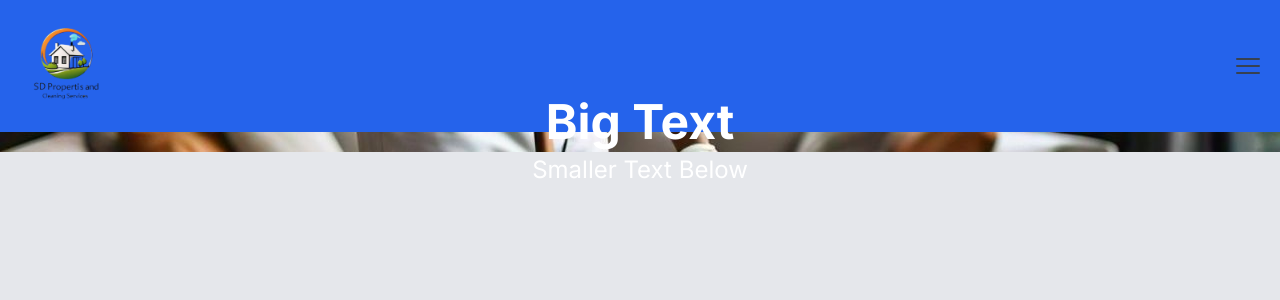
Repository: devmskhan/sdpropandclean
Page: /
An editor plug-in stored every save of this project. The page is shown before and after the next save, followed by the edit.
The browser window is 1280 px wide. The pictures show the whole page.
The project was rebuilt for these pictures with package versions that can differ from the ones it lists, and the page was loaded fresh each time. The framework's server and built-in components were replaced by stand-ins that run in the browser. Also part of the build but not shown: next.config.mjs.

Above is the page before, as saved 2024-09-02 14:25:01.

After the next save:
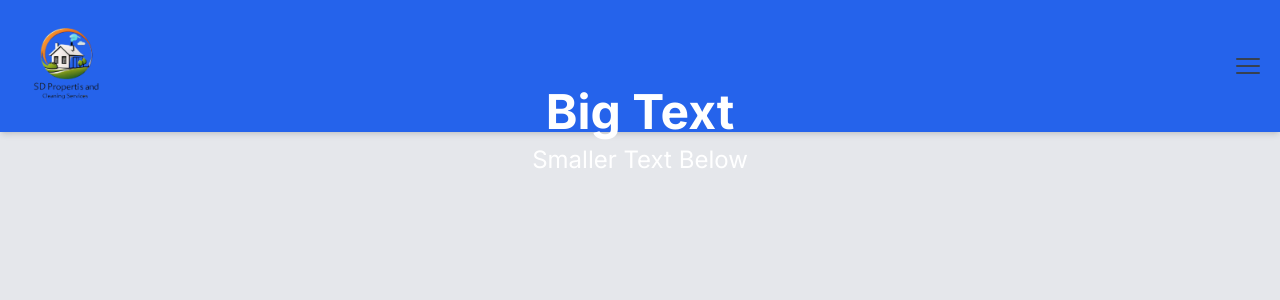
Saved 6 s later.
--- a/components/Body.tsx
+++ b/components/Body.tsx
@@ -3,7 +3,7 @@
 
 function Body() {
     return (
-        <div className="relative w-full h-5 bg-cover bg-center text-white"
+        <div className="relative w-full h- bg-cover bg-center text-white"
          style={{ backgroundImage: 'url("/pic1.jpg")' }}>
       <div className="absolute inset-0 flex flex-col justify-center items-center text-center">
         {/* Larger Text */}
